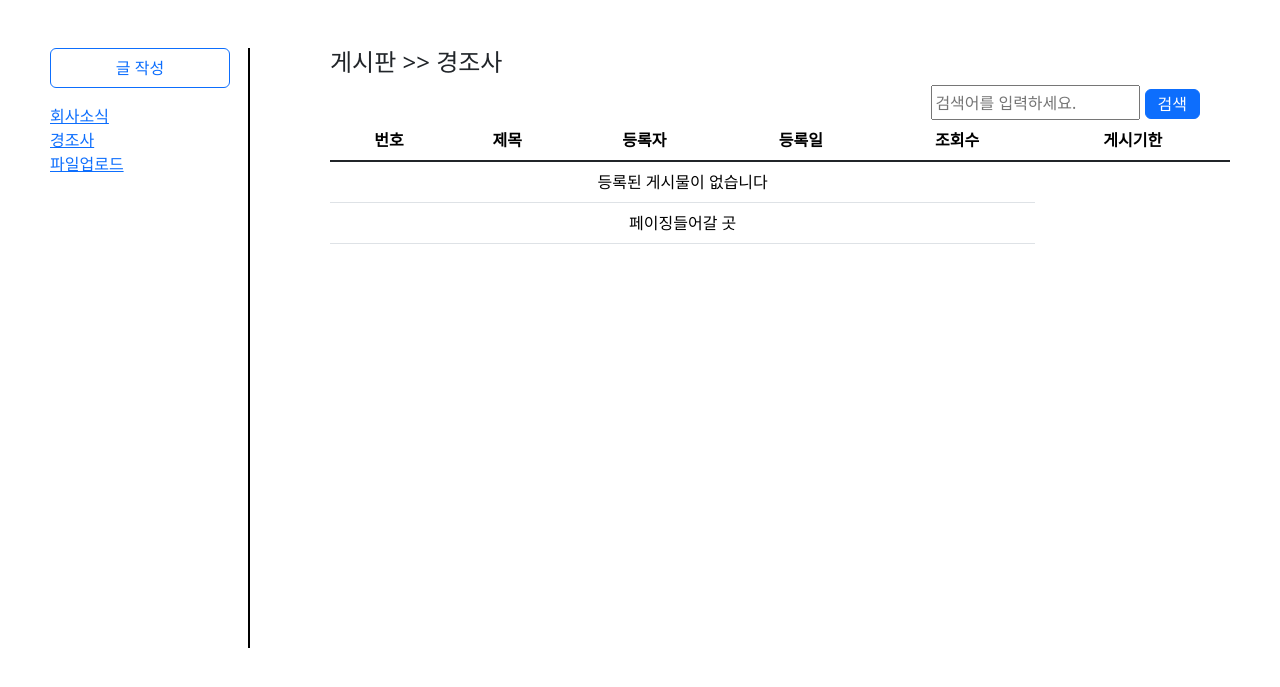
Repository: KimDongGyuu/final
Page: http://localhost/aceworks/WEB-INF/views/company_event/company_event_List.jsp
These files come from the project's save history. The page is drawn as it stood at one moment and after the next save; the edit follows.
The browser window is 1280 px wide. The pictures show the whole page.
The page is served by Tomcat 9. Nobody is signed in. Other server files are loaded and not shown. The template is opened directly, without the code that normally fills it, so the values that code supplies are empty.

Above is the page before, as saved 2024-03-20 02:34:12.

### aceworks/src/main/webapp/WEB-INF/views/company_event/company_event_List.jsp
<%@ page language="java" contentType="text/html; charset=UTF-8"
    pageEncoding="UTF-8"%>
<%@ include file="/WEB-INF/views/include/style.jsp"%>
<%@ taglib uri="http://java.sun.com/jsp/jstl/core" prefix="c"%>
<!DOCTYPE html>
<html>
<head>
<meta charset="UTF-8">
<title>Insert title here</title>
<style>
#left {
	width: 200px;
	height: 600px;
	float: left;
	border-right: 2px solid black;
	margin-left: 50px;
}

#right {
	width: 900px;
	height: 600px;
	margin-left: 330px;
}

#bt {
	width: 180px;
	height: 40px;
}
#Sbt {
	padding-top: 2px;
	height: 30px;
}

h3 {
	text-align: center;
}
</style>
</head>
<body>
<div>
<div id="left">
			<button id="bt" type="button" class="btn btn-outline-primary"
				onclick="location.href='company_event_Writeform.do';">글 작성</button>
<div class="mt-3"><a href="company_news_List.do?com_idx=${dto.getCom_idx()}">회사소식</a> <br> <a href="company_event_List.do?com_idx=${dto.getCom_idx()}">경조사</a> <br><a href="fileUploadForm.do">파일업로드</a></div>
		</div>
		<div id="right">
		<div class="mt-5 mb-2"><span class="h4">게시판 &gt;&gt; 경조사</span></div>
<div class="mt-2 d-flex gap-2 justify-content-end">

   <form action="">
   <input type="hidden" name="com_idx" value="${dto.getCom_idx()}">
        <input type="text" id="" name="" placeholder="검색어를 입력하세요." style="width:70%; height: 35px;">
        <button id="Sbt" type="submit" class="btn btn btn-primary">검색</button>
   </form>

</div>
			<table width="1000" cellspacing="0" class="table table-hover">
				<thead>
					<tr align="center">
						<th scope="col">번호</th>
						<th scope="col">제목</th>
						<th scope="col">등록자</th>
						<th scope="col">등록일</th>
						<th scope="col">조회수</th>
						<th scope="col">게시기한</th>
					</tr>
				</thead>

				<tbody class="table-group-divider">
					<c:if test="${empty eventList }">
						<tr>
							<td colspan="5" align="center">등록된 게시물이 없습니다</td>
						</tr>
					</c:if>

					<c:forEach var="eventDto" items="${eventList }">
					<tr class="text-center">
					<th scope="row">${eventDto.event_idx }</th>

					<c:url var="company_eventContentUrl" value="company_event_Content.do">
					<c:param name="event_idx">${eventDto.event_idx }</c:param>
					<c:param name="com_idx">${dto.getCom_idx()}</c:param>
					</c:url>

					<td><a href="${company_eventContentUrl }">${eventDto.event_title }</a></td>
					<td>${eventDto.event_writer }</td>
					<td>${eventDto.event_writedate }</td>
					<td>${eventDto.event_readnum }</td>
					<td>${eventDto.event_period }</td>
					</tr>
					</c:forEach>
				</tbody>

				<tfoot>
					<tr>
						<td colspan="5" align="center">페이징들어갈 곳</td>
					</tr>
				</tfoot>
			</table>
		</div>
	</div>
</body>
</html>

### aceworks/src/main/webapp/WEB-INF/views/include/style.jsp
<%@ page language="java" contentType="text/html; charset=UTF-8"
    pageEncoding="UTF-8"%>
<!DOCTYPE html>
<html>
<head>
<meta charset="UTF-8">
<title>Insert title here</title>
<link
   href="https://cdn.jsdelivr.net/npm/bootstrap@5.3.3/dist/css/bootstrap.min.css"
   rel="stylesheet"
   integrity="sha384-QWTKZyjpPEjISv5WaRU9OFeRpok6YctnYmDr5pNlyT2bRjXh0JMhjY6hW+ALEwIH"
   crossorigin="anonymous">
<script
   src="https://cdn.jsdelivr.net/npm/bootstrap@5.3.3/dist/js/bootstrap.bundle.min.js"
   integrity="sha384-YvpcrYf0tY3lHB60NNkmXc5s9fDVZLESaAA55NDzOxhy9GkcIdslK1eN7N6jIeHz"
   crossorigin="anonymous"></script>
<script
   src="https://cdn.jsdelivr.net/npm/@popperjs/core@2.11.8/dist/umd/popper.min.js"
   integrity="sha384-I7E8VVD/ismYTF4hNIPjVp/Zjvgyol6VFvRkX/vR+Vc4jQkC+hVqc2pM8ODewa9r"
   crossorigin="anonymous"></script>
<script
   src="https://cdn.jsdelivr.net/npm/bootstrap@5.3.3/dist/js/bootstrap.min.js"
   integrity="sha384-0pUGZvbkm6XF6gxjEnlmuGrJXVbNuzT9qBBavbLwCsOGabYfZo0T0to5eqruptLy"
   crossorigin="anonymous"></script>
</head>
<body>

</body>
</html>

After the next save:
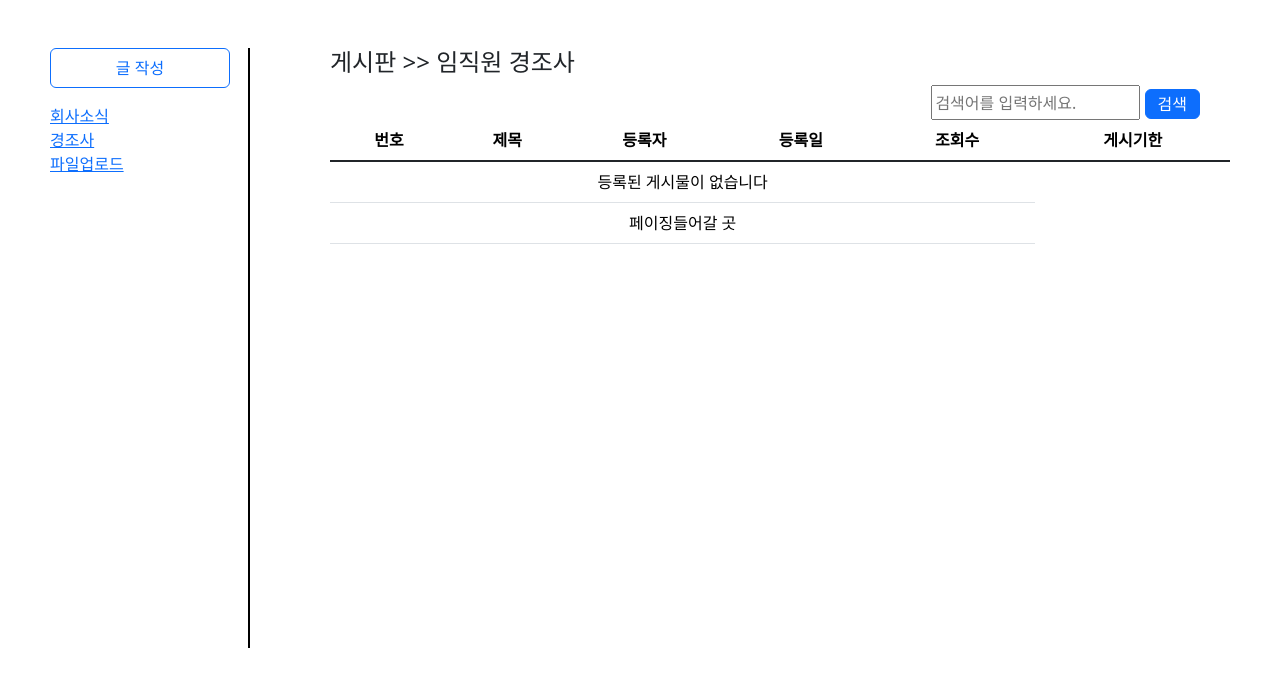
Saved 13 s later.
--- a/aceworks/src/main/webapp/WEB-INF/views/company_event/company_event_List.jsp
+++ b/aceworks/src/main/webapp/WEB-INF/views/company_event/company_event_List.jsp
@@ -44,7 +44,7 @@ h3 {
 <div class="mt-3"><a href="company_news_List.do?com_idx=${dto.getCom_idx()}">회사소식</a> <br> <a href="company_event_List.do?com_idx=${dto.getCom_idx()}">경조사</a> <br><a href="fileUploadForm.do">파일업로드</a></div>
 		</div>
 		<div id="right">
-		<div class="mt-5 mb-2"><span class="h4">게시판 &gt;&gt; 경조사</span></div>
+		<div class="mt-5 mb-2"><span class="h4">게시판 &gt;&gt; 임직원 경조사</span></div>
 <div class="mt-2 d-flex gap-2 justify-content-end">
 
    <form action="">
